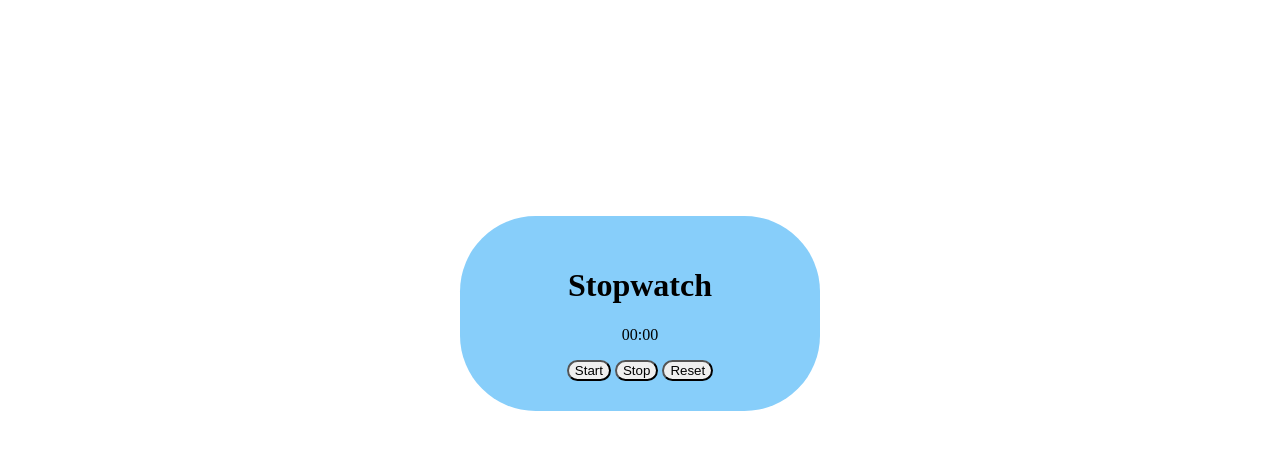
Repository: LeyaAbraham/web-dev
Page: clock.html
These files come from the project's save history. The page is drawn as it stood at one moment and after the next save; the edit follows.
The browser window is 1280 px wide. The pictures show the whole page.

Above is the page before, as saved 2021-01-05 23:13:07.

### clock.html
<!DOCTYPE html>
<html>

<head>
    <title>Page Title</title>
    <link rel="stylesheet" href="style.css" type="text/css">

</head>

<body>
    <div id="wrap">
        <h1>Stopwatch</h1>
        <p><span id="seconds">00</span>:<span id="nano">00</span></p>
        <button id="start">Start</button>
        <button id="stop">Stop</button>
        <button id="reset">Reset</button>
    </div>
    <script src="clock.js"></script>
</body>

</html>

### style.css
#wrap {
    background-color: lightskyblue;
    border-color: lightyellow;
    border-radius: 2cm;
    text-align: center;
    padding: 30px;
    margin: 30px;
    width: 300px;
    position: absolute;
	top:30%;
	left: 0;
	right: 0;

	margin: auto;

}

button {
    border-radius: 1cm;

}

### clock.js
window.onload = function () {

    var seconds = 00;
    var nano = 00;

    var interval;
    document.getElementById("start").onclick = start;
    document.getElementById("stop").onclick = stop;
    document.getElementById("reset").onclick = reset;

    function start() {

        interval = setInterval(runTimer, 10);

    }

    function stop() {
        clearInterval(interval);
    }

    function reset() {
        clearInterval(interval);
        nano = 00;
        seconds = 00;
        document.getElementById("nano").innerHTML = "00";
        document.getElementById("seconds").innerHTML = "00";
    }

    function runTimer() {
        var num = nano++;
        console.log(num);

        if (nano > 9) {
            console.log("in if");
            document.getElementById("nano").innerHTML = nano;
        }
        if (nano < 9) {
            document.getElementById("nano").innerHTML = "0" + nano;
        }
        if (nano > 99) {
            seconds++;
            nano = 0;
            document.getElementById("seconds").innerHTML = "0" + seconds;

        }

        if (seconds > 9) {
            document.getElementById("seconds") = seconds;
        }
    }
}

After the next save:
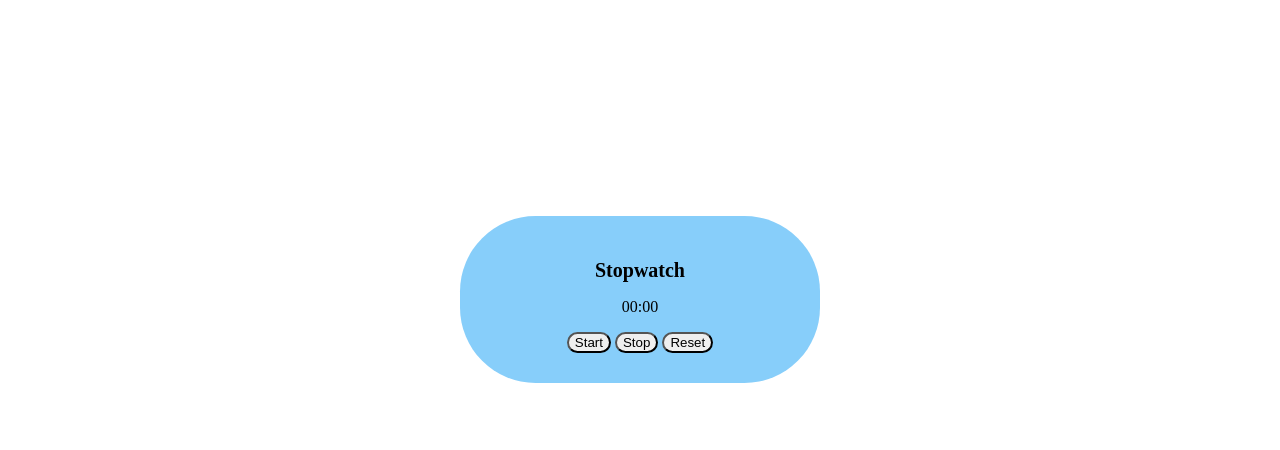
Saved 23 s later.
--- a/style.css
+++ b/style.css
@@ -19,3 +19,7 @@ button {
     border-radius: 1cm;
 
 }
+
+h1 {
+    font-size: 20px;
+}
